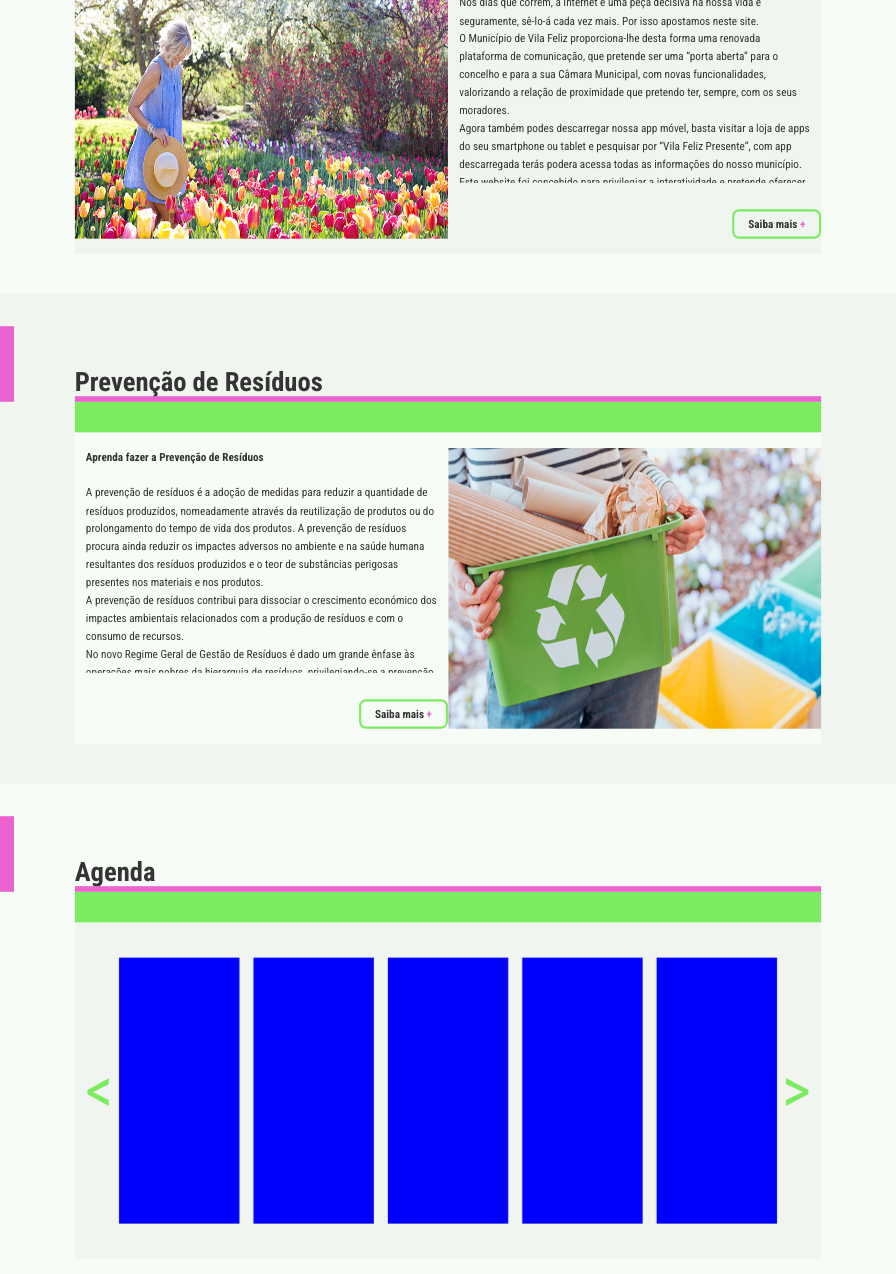
Repository: Goulart94/CmVilaFeliz
Page: index.html
These files come from the project's save history. The page is drawn as it stood at one moment and after the next save; the edit follows.
The browser window is 1280 px wide. The pictures show the part of the page from y = 3240 to 5160 px (the page is 5060 px tall before and 5160 px after), at 70% of full size.
The style sheet was rebuilt from its Sass, Less or Tailwind sources for each picture, by a compiler version that may differ from the author's.

Above is the page before, as saved 2022-05-16 12:59:46.

### index.html
<!doctype html>
<html class="no-js" lang="pt" dir="ltr">

<head>
  <meta charset="utf-8">
  <meta http-equiv="x-ua-compatible" content="ie=edge">
  <meta name="viewport" content="width=device-width, initial-scale=1.0">
  <title>Foundation for Sites</title>
  <link rel="stylesheet" href="css/foundation.css">
  <link rel="stylesheet" href="https://unpkg.com/swiper@8/swiper-bundle.min.css"/>
  <link rel="stylesheet" href="css/app.css">
  <link rel="preconnect" href="https://fonts.googleapis.com">
  <link rel="preconnect" href="https://fonts.gstatic.com" crossorigin>
  <link href="https://fonts.googleapis.com/css2?family=Roboto+Condensed:wght@400;700&display=swap" rel="stylesheet">
</head>

<body>

  <div class="ContaineHeader grid-x">
    <div class="logo cell small-4 medium-8 large-4">
      <img src="./images/logo.png" alt="logo">
    </div>
    <div class="navBar cell small-8 medium-4 large-8">
      <nav class="float-right">
        <ul>
          <li>Home</li>
          <li>Município</li>
          <li>Família</li>
          <li>Escolas</li>
          <li>Empresas</li>
        </ul>
      </nav>
    </div>
  </div>
  <!--section 1-->
  <section class="containerSectionOne grid-x">
    <div class="containerImg">
      <img src="./images/logolight.png" alt="Vila Feliz">
    </div>
  </section>
  <!--section 2-->
  <section class="containerSectionTwo">

    <div class="orbit" role="region" aria-label="Favorite Space Pictures" data-orbit>
      <ul class="orbit-container grid-x grid-margin-x ">
        <div class="news">
          <div class="now">ACONTECE EM VILA FELIZ</div>
          <div class="allNews">TODAS AS NOTICÍAS</div>
        </div>
        <button class="orbit-previous cell small-3"><span class="buttomSlider"> < </span> </button>
        <button class="orbit-next cell small-3"><span class="buttomSlider"> > </span></button>
        <li class="is-active orbit-slide">
          <img class="orbit-image" src="./images/teste1.jpg" alt="Space">
          <div class="orbit-caption grid-x">
            <div class="containerText cell small-6 medium-6 grid-margin-x">
              <h1>Sinfónica Série Clássica</h1>
              <p>Os concertos de sexta-feira à noite são especialmente dedicados à grande música sinfónica, àquelas
                obras-primas que nos arrebatam irresistivelmente e que deram forma ao cânone da música ocidental. Como
                esquecer as inspiradas sinfonias clássicas de Schubert, Haydn, Mozart e Beethoven? Ou a magnitude
                monumental de obras saídas da pena de Mahler e Bruckner? Todos estes são nomes que marcaram a vida
                musical de Viena, a capital do país que serve de tema à programação de 2018. Mas a Série Clássica
                apresenta também fabulosas sinfonias que pela sua sonoridade característica nos levam até outras
                paragens – seja a Finlândia de Sibelius, a Boémia de Dvořák ou as paisagens escocesas que inspiraram
                Mendelssohn, sem esquecer o maior sinfonista português de sempre, Joly Braga Santos. <br></br>

                A música concertante está também, como sempre, presente com solistas virtuosos e interpretações que
                ficam na memória. Joseph Swensen e Christian Zacharias renovam a tradição dos maestros-solistas, mas a
                Orquestra Sinfónica acompanha ainda o Stradivarius ex Viotti 1718 nas mãos experientes do multipremiado
                violinista vienense Benjamin Schmid, e dois jovens solistas com carreira em franca ascensão: a
                violinista georgiana Veriko Tchumburidze e o pianista português Pedro Emanuel Pereira, que interpretam
                os magníficos Concertos de Khatchaturian e de Grieg. Entre partituras tão sedutoras quanto Sonho de Uma
                Noite de Verão de Mendelssohn ou La Valse de Ravel, Don Juan de Strauss ou Danças Sinfónicas de
                Rachmaninoff, a Série Clássica surpreende com a revelação de uma fantástica obra perdida até há bem
                pouco tempo e que tem agitado as salas de concerto de todo o mundo: o Canto Fúnebre de Stravinski.
              </p>
              <div><button class="buttomInfo">Saiba mais <span>+</span></button></div>
            </div>
          </div>
        </li>
        <li class="orbit-slide">
          <img class="orbit-image" src="./images/teste2.jpg" alt="Space">
          <div class="orbit-caption grid-x">
            <div class="containerText cell small-6 medium-6 grid-margin-x">
              <h1>Vila Feliz tem doze praias com bandeira azul</h1>
              <p>Em 2022 o concelho de Odemira conta com 12 praias com Bandeira Azul, o símbolo de qualidade e
                excelência, atribuído pela ABAE – Associação Bandeira Azul da Europa. Nas praias do Malhão Norte, Malhão
                Sul, Franquia, Farol, Furnas Rio, Furnas Mar, Almograve Norte, Almograve Sul, Zambujeira do Mar,
                Alteirinhos, Carvalhal e na praia fluvial de Santa Clara volta a ser hasteada a Bandeira Azul.

                Foram aprovadas as 12 candidaturas apresentadas pela autarquia à Bandeira Azul, o que comprova a
                qualidade das praias odemirenses. Este ano, a época balnear no concelho de Odemira será fixada entre os
                dias 10 de junho e 18 de setembro.

                A Bandeira Azul é um símbolo de qualidade ambiental atribuído anualmente a praias fluviais e costeiras
                que se candidatem ao galardão e que cumpram um conjunto de critérios que incidem nas áreas da Informação
                e Educação Ambiental; Qualidade da Água; Gestão Ambiental e Equipamentos; Segurança e Serviços.

                No âmbito da educação ambiental, o Município de Odemira tem vindo a desenvolver um conjunto de
                atividades, à semelhança de anos anteriores, nas várias praias galardoadas, dedicadas ao tema do
                programa Bandeira Azul de 2022, a “Recuperação de Ecossistemas”.

                A Associação Bandeira Azul da Europa anunciou, no dia 28 de abril, em Cascais, as 393 praias portuguesas
                galardoadas em 2022 com Bandeira Azul pelo Júri Internacional.

                09 maio 2022
              </p>
              <div><button class="buttomInfo">Saiba mais <span>+</span></button></div>
            </div>
          </div>
        </li>
        <li class="orbit-slide">
          <img class="orbit-image" src="./images/teste3.jpg" alt="Space">
          <div class="orbit-caption grid-x">
            <div class="containerText cell small-6 medium-6 grid-margin-x">
              <h1>Município promove capacitação digital de adultos</h1>
              <p>A iniciativa é dirigida a voluntários e a adultos interessados em adquirir competências no mundo
                digital e terá dois momentos, a decorrer nos horários 10.00 / 12.30 horas e 14.00 /16.30 horas.

                Podem ser voluntários neste programa todos os cidadãos, maiores de 18 anos, que queiram
                ensinar/partilhar conhecimentos de tecnologias de informação e tenham gosto em ajudar os outros. Ao
                tornar-se Voluntário, qualquer cidadão pode ajudar a mudar a vida das pessoas que o rodeiam, quer em
                casa ou seio familiar, quer na comunidade. A formação de mentores é gratuita e vai ajudar a compreender
                como se pode ensinar a utilização da internet a alunos mais velhos. Será efetuada na plataforma do
                programa, em vídeo, ou no dia 14 de maio, no Cineteatro Camacho Costa. Quando for concluída a formação,
                será emitido um Certificado de Mentor EUSOUDIGITAL e o participante ficará apto a ensinar a utilizar a
                internet no dia-a-dia e contribuir para tornar Portugal mais digital.

                O programa é dirigido a adultos maiores de 45 anos que pretendam adquirir competências digitais básicas.
                Os
              </p>
              <div><button class="buttomInfo">Saiba mais <span>+</span></button></div>
            </div>
          </div>
        </li>
        <li class="orbit-slide">
          <img class="orbit-image" src="./images/teste4.jpg" alt="Space">
          <div class="orbit-caption grid-x">
            <div class="containerText cell small-6 medium-6 grid-margin-x">
              <h1>Associação promove limpeza em praias</h1>
              <p>A iniciativa contou com a adesão de 100 pessoas, entre sócios e comunidade local, que recolheram um
                total de 1 tonelada de lixo, sendo este na sua maioria lixo relacionado com a atividade piscatória.
                No final houve lugar para um momento de convívo que contou com o apoio da Junta de Freguesia de Vila
                Nova de Milfontes.
                A Associação está a planear a realização de uma nova ação de sensibilização para o final da época
                balnear de 2022.
                Estas iniciativas têm como principal objetivo alertar a população para a importância da conservação e
                manutenção do meio ambiente.
                <br />
                No final houve lugar para um momento de convívo que contou com o apoio da Junta de Freguesia de Vila
                Nova de Milfontes.
                A Associação está a planear a realização de uma nova ação de sensibilização para o final da época
                balnear de 2022.
                Estas iniciativas têm como principal objetivo alertar a população para a importância da conservação e
                manutenção do
                22 abril 2022
              </p>
              <div><button class="buttomInfo">Saiba mais <span>+</span></button></div>
            </div>
          </div>
        </li>
      </ul>
    </div>
  </section>
  <!--section 3-->
  <section class="conteinerSectiontree grid-x">

    <div class="containerTextAPP cell small-7 medium-7 large-7 grid-margin-x">
      <div class="textApp">
        <h1>Agora pode descarregar a nossa app do Cidadão</h1>
        <p>
          Descarregue a nossa aplicação e fique conectado tudo que acontece
          em nosso município. Descarregue já gratuitamente clicando nos botões a baixo,
          versões para Android e IOS.
        </p>
        <div class="containerButtom">
          <button class="buttomPlayStore">Play Store</button>
          <button class="buttomAppStore">App Store</button>
        </div>
      </div>
    </div>
    <div class="contentPhone  cell small-5 medium-5 large-5 ">
      <div>
        <img src="./images/phone.png" alt="phone-app">
      </div>
    </div>

  </section>
  <!--section 4-->
  <section class=" containerSection bgGray150">
    <div class="contentHeader grid-x ">
      <div class="formaContent cell small-1 medium-1 large-1 ">
        <div class="formaSmall"></div>
      </div>
      <div class="divTitle cell small-10 medium-10 large-10">
        <span class="title">Atalhos</span>
        <div class="formaLarge"></div>
      </div>

    </div>
    <div class="contentShortcuts grid-x ">
      <div class=" cell small-10 medium-offset-1 large-10  grid-x ">
        <div class=" cell small-3 medium-3 large-3">
          <div class="shortcuts">
            <h3>Município</h3>
            <span>Ação Social</span>
            <ul>
              <li><a>Vila Feliz Solidária</a></li>
              <li><a>Local de Voluntariado</a> </li>
              <li><a>Comissão de Proteção de Crianças</a></li>
              <li><a>Preparação Individualizada</a></li>
            </ul>
          </div>

        </div>
        <div class="cell small-3 medium-3 large-3">
          <div class="shortcuts">
            <h3>Escolas</h3>
            <span>Educação</span>
            <ul>
              <li><a>Conselho Municipal de Educação</a></li>
              <li><a>
                  Escolas do Concelho
                </a> </li>
              <li><a>Refeições Escolares</a></li>
              <li><a>Transportes Escolares</a></li>
            </ul>
          </div>

        </div>
        <div class="cell small-3 medium-3 large-3">
          <div class="shortcuts">
            <h3>Família</h3>
            <span>Lazer</span>
            <ul>
              <li><a>Vila Feliz turismo</a></li>
              <li><a>Áreas verdes</a> </li>
              <li><a>Parques</a></li>
              <li><a>Eventos</a></li>
            </ul>
          </div>
        </div>
        <div class="cell small-3 medium-3 large-3">
          <div class="shortcuts">
            <h3>Empresas</h3>
            <span>Empreendedorismo</span>
            <ul>
              <li><a>Incubadora de Empresas</a></li>
              <li><a>Local de Voluntariado</a> </li>
              <li><a>Gabinete de Apoio ao Empresário</a></li>
              <li><a>Vila Feliz living</a></li>
            </ul>
          </div>
        </div>
      </div>
    </div>
  </section>
  <!--section 5-->
  <section class=" containerSection bgGray50 ">
    <div class="contentHeader grid-x ">
      <div class="formaContent cell small-1 medium-1 large-1 ">
        <div class="formaSmall"></div>
      </div>
      <div class="divTitle cell small-10 medium-10 large-10">
        <span class="title">Sobre o Projeto</span>
        <div class="formaLarge"></div>
      </div>
    </div>
    <div class="contentAboutUs grid-x ">
      <div class=" cell small-10 medium-offset-1 large-10  grid-x ruleGreen"></div>
      <div class=" cell small-10 medium-offset-1 large-10  grid-x bgGray150">
        <div class="cell small-6 medium-6 large-6 containerImg">
          <div class="contentImg">
            <img src="./images/about.png" alt="mulher no jardim">
          </div>
        </div>
        <div class="cell small-6 medium-6 large-6 containerText">
          <div class="contentText">
            <p>
              <span>Bem Vindo ao "website" do Município de Vila Feliz</span><br />
              <br />
              Nos dias que correm, a Internet é uma peça decisiva na nossa vida e seguramente, sê-lo-á cada vez mais.
              Por
              isso apostamos neste site.<br />
              O Município de Vila Feliz proporciona-lhe desta forma uma renovada plataforma de comunicação, que pretende
              ser uma “porta aberta” para o concelho e para a sua Câmara Municipal, com novas funcionalidades,
              valorizando
              a relação de proximidade que pretendo ter, sempre, com os seus moradores.<br />
              Agora também podes descarregar nossa app móvel, basta visitar a loja de apps do seu smartphone ou tablet e
              pesquisar por “Vila Feliz Presente”, com app descarregada terás podera acessa todas as informações do
              nosso
              município.<br />
              Este website foi concebido para privilegiar a interatividade e pretende oferecer um serviço aos munícipes
              e
              a todos aqueles que querem acompanhar o trabalho da Câmara Municipal de Vila Feliz, a vida do concelho em
              geral e a possibilidade de intervir e contribuir de uma forma mais ativa para o seu desenvolvimento. (...)
            </p>
            <div>
              <button class="buttomKnowMore">Saiba mais <span>+</span></button></div>
          </div>
        </div>
      </div>
    </div>
  </section>
  <!--section 6-->
  <section class=" containerSection bgGray150 ">
    <div class="contentHeader grid-x ">
      <div class="formaContent cell small-1 medium-1 large-1 ">
        <div class="formaSmall"></div>
      </div>
      <div class="divTitle cell small-10 medium-10 large-10">
        <span class="title">Prevenção de Resíduos</span>
        <div class="formaLarge"></div>
      </div>
    </div>
    <div class="contentAboutUs grid-x ">
      <div class=" cell small-10 medium-offset-1 large-10  grid-x ruleGreen"></div>
      <div class=" cell small-10 medium-offset-1 large-10  grid-x bgGray50">
        <div class="cell small-6 medium-6 large-6 containerText">
          <div class="contentText">
            <p>
              <span>Aprenda fazer a Prevenção de Resíduos</span><br />
              <br />
              A prevenção de resíduos é a adoção de medidas para reduzir a quantidade de resíduos produzidos, nomeadamente através da reutilização de produtos ou do prolongamento do tempo de vida dos produtos. A prevenção de resíduos procura ainda reduzir os impactes adversos no ambiente e na saúde humana resultantes dos resíduos produzidos e o teor de substâncias perigosas presentes nos materiais e nos produtos.<br/>

              A prevenção de resíduos contribui para dissociar o crescimento económico dos impactes ambientais relacionados com a produção de resíduos e com o consumo de recursos.<br/>

              No novo Regime Geral de Gestão de Resíduos é dado um grande ênfase às operações mais nobres da hierarquia de resíduos, privilegiando-se a prevenção de resíduos, nível superior da pirâmide, e promovendo a reutilização dos produtos por exemplo através do recurso a materiais reutilizáveis ou à doação de produtos, prolongando a sua vida útil e contribuindo assim para a redução de resíduos. Adicionalmente são introduzidas disposições(...)
            </p>
            <div>
              <button class="buttomKnowMore">Saiba mais <span>+</span></button></div>
          </div>

        </div>
        <div class="cell small-6 medium-6 large-6 containerImg">
          <div class="contentImg">
            <img src="./images/prevenção.png" alt="mulher no jardim">
          </div>
        </div>
      </div>
    </div>



  </section>
  <!--section 7-->
  <section class=" containerSection bgGray50 ">
    <div class="contentHeader grid-x ">
      <div class="formaContent cell small-1 medium-1 large-1 ">
        <div class="formaSmall"></div>
      </div>
      <div class="divTitle cell small-10 medium-10 large-10">
        <span class="title">Agenda</span>
        <div class="formaLarge"></div>
      </div>

    </div>
    <div class="contentschedule grid-x ">
      <div class=" cell small-10 medium-offset-1 large-10  grid-x ruleGreen"></div>
      <div class=" cell small-10 medium-offset-1 large-10 contentDates bgGray150">
        <div class="orbit" role="region" aria-label="Favorite Space Pictures" data-orbit>
          <ul class="orbit-container grid-x grid-margin-x ">
            <button class="orbit-previous cell small-3"><span class="buttomPreviousSlider"> < </span> </button>
            <button class="orbit-next cell small-3"><span class="buttomNextSlider"> > </span></button>
            <li class="is-active orbit-slide">
              <div class="contentSlider">
                <div class="news"></div>
                 <div class="news"></div>
                 <div class="news"></div>
                 <div class="news"></div>
                 <div class="news"></div>
              </div>
            </li>
            <li class="orbit-slide">
              <div class="contentSlider">
                <div class="news"></div>
                 <div class="news"></div>
                 <div class="news"></div>
                 <div class="news"></div>
                 <div class="news"></div>

              </div>

            </li>
            <li class="orbit-slide">
              <div class="contentSlider">
                <div class="news"></div>
                <div class="news"></div>
                <div class="news"></div>
                <div class="news"></div>
                <div class="news"></div>
              </div>

            </li>

          </ul>
        </div>

      </div>
    </div>
  </section>
  <!--Footer-->







  <script src="js/vendor/jquery.js"></script>
  <script src="js/vendor/what-input.js"></script>
  <script src="js/vendor/foundation.js"></script>
  <script src="js/app.js"></script>
   <script src="https://unpkg.com/swiper/swiper-bundle.min.js"></script>

    <!-- Initialize Swiper -->
    <script>
      var swiper = new Swiper(".mySwiper", {
        slidesPerView: 4,
        spaceBetween: 30,
        centeredSlides: true,
        pagination: {
          el: ".swiper-pagination",
          clickable: true,
        },
      });
    </script>
</body>

</html>

Loaded but not shown: js/vendor/jquery.js (library); js/vendor/what-input.js (library); js/vendor/foundation.js (library); js/app.js (common file); css/foundation.scss (6468 lines, source omitted); css/app.scss (506 lines, source omitted)

After the next save:
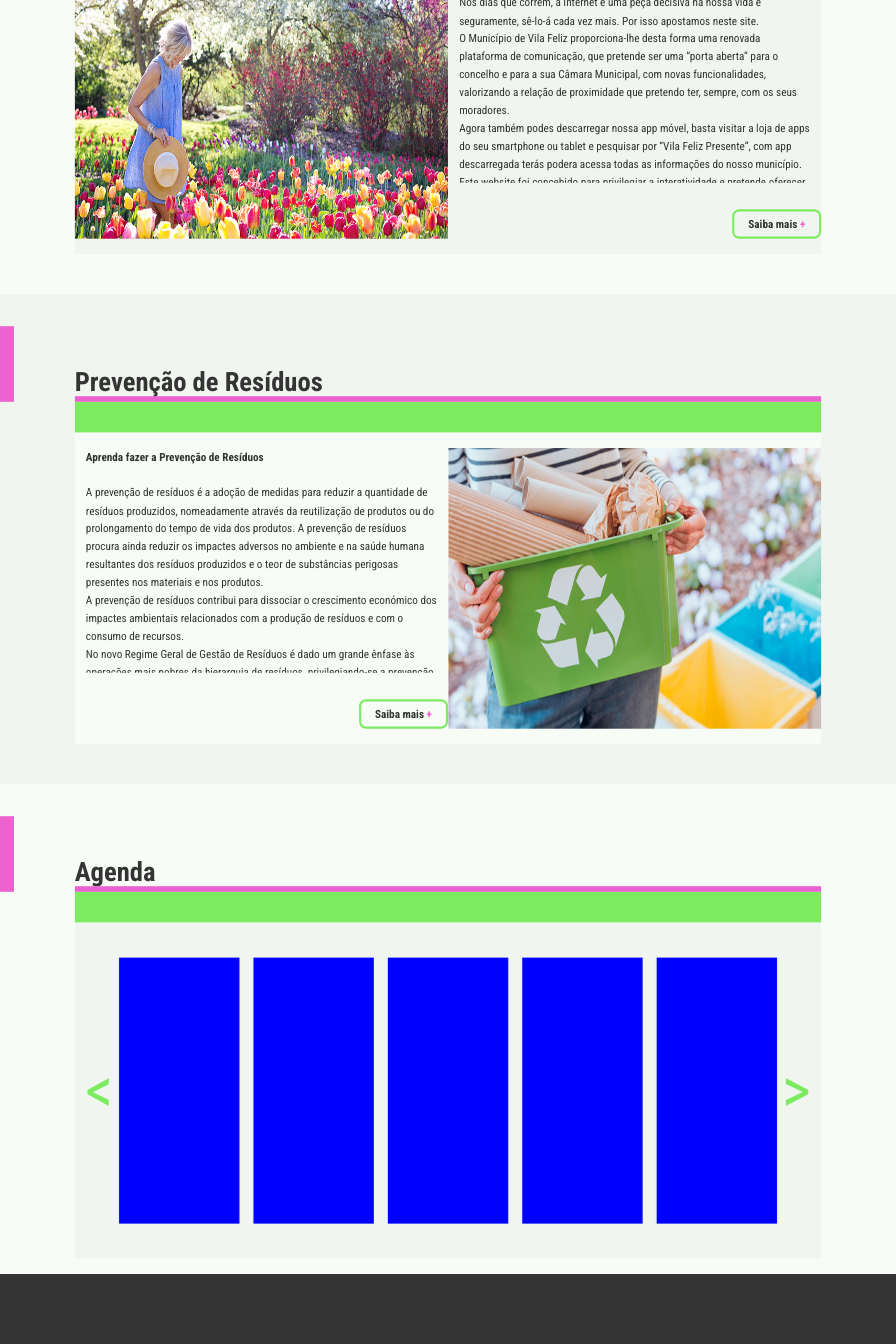
Saved 9 s later.
--- a/index.html
+++ b/index.html
@@ -399,6 +399,9 @@
     </div>
   </section>
   <!--Footer-->
+  <div class="footer">
+
+  </div>
 
 
 
